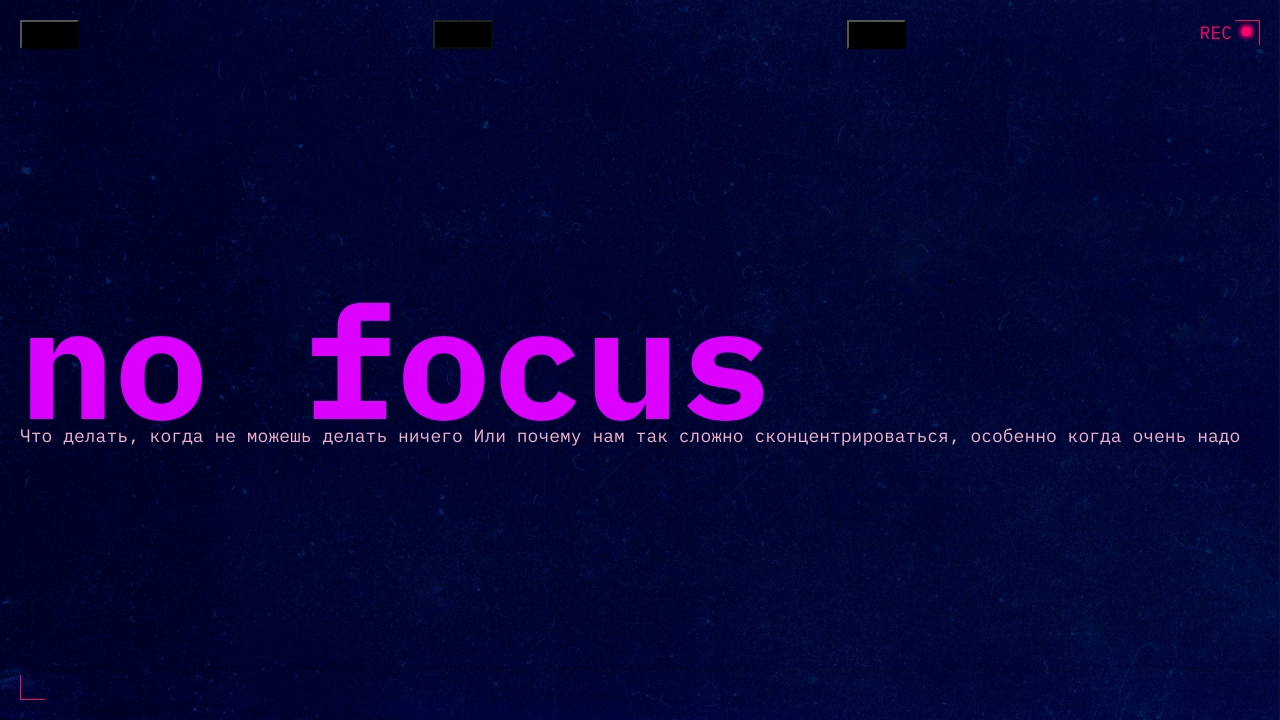
Repository: Hadoooouken/slozhno-sosredotochitsya
Page: index.html
These files come from the project's save history. The page is drawn as it stood at one moment and after a run of saves; the edit follows.
The browser window is 1280 px wide. The pictures show the whole page.

Above is the page before, as saved 2024-01-20 16:51:35.

After the next 3 saves:
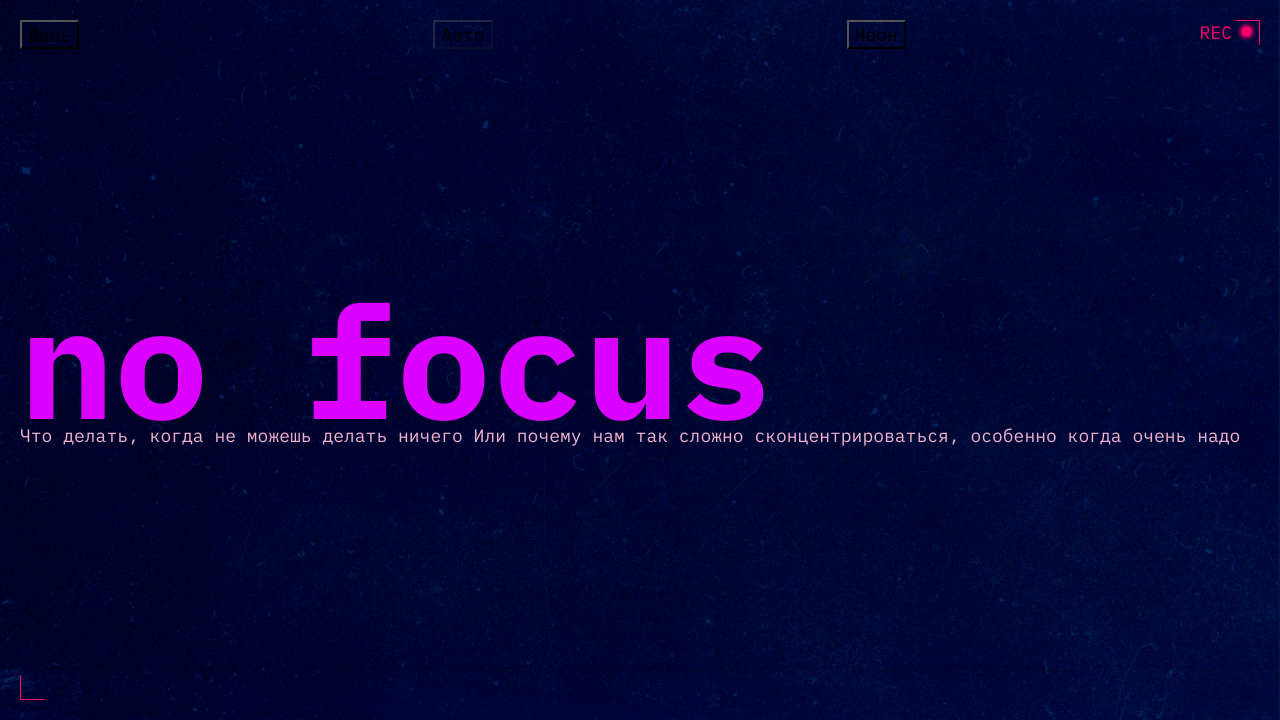
The 3 saves are shown as one change because they came seconds apart.
The last was saved 8 s later.
--- a/styles/style.css
+++ b/styles/style.css
@@ -100,6 +100,6 @@
 }
 
 .header__theme-menu-button {
-  background-color: black;
+  background-color: transparent;
 
 }
